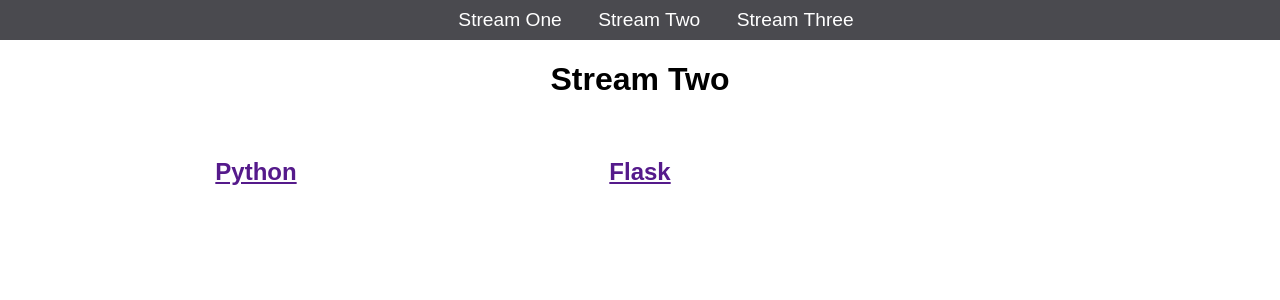
Repository: kylemccul/my-first-website
Page: stream-two.html
The author's editor kept a record of every edit. The page is drawn from the files as they stood at one moment, then again after the next edit.
The browser window is 1280 px wide. The pictures show the whole page.

Above is the page before.

After the next edit:
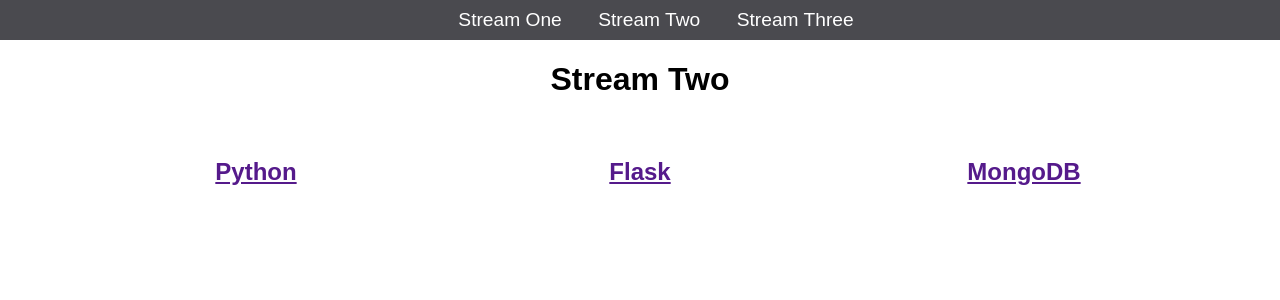
The edit:
--- a/stream-two.html
+++ b/stream-two.html
@@ -28,7 +28,7 @@
                  <div class="card">
             <a href="">
                 <img src=""/>
-                <h2></h2>
+                <h2>MongoDB</h2>
             </a>
         </div>
                  <div class="card">
